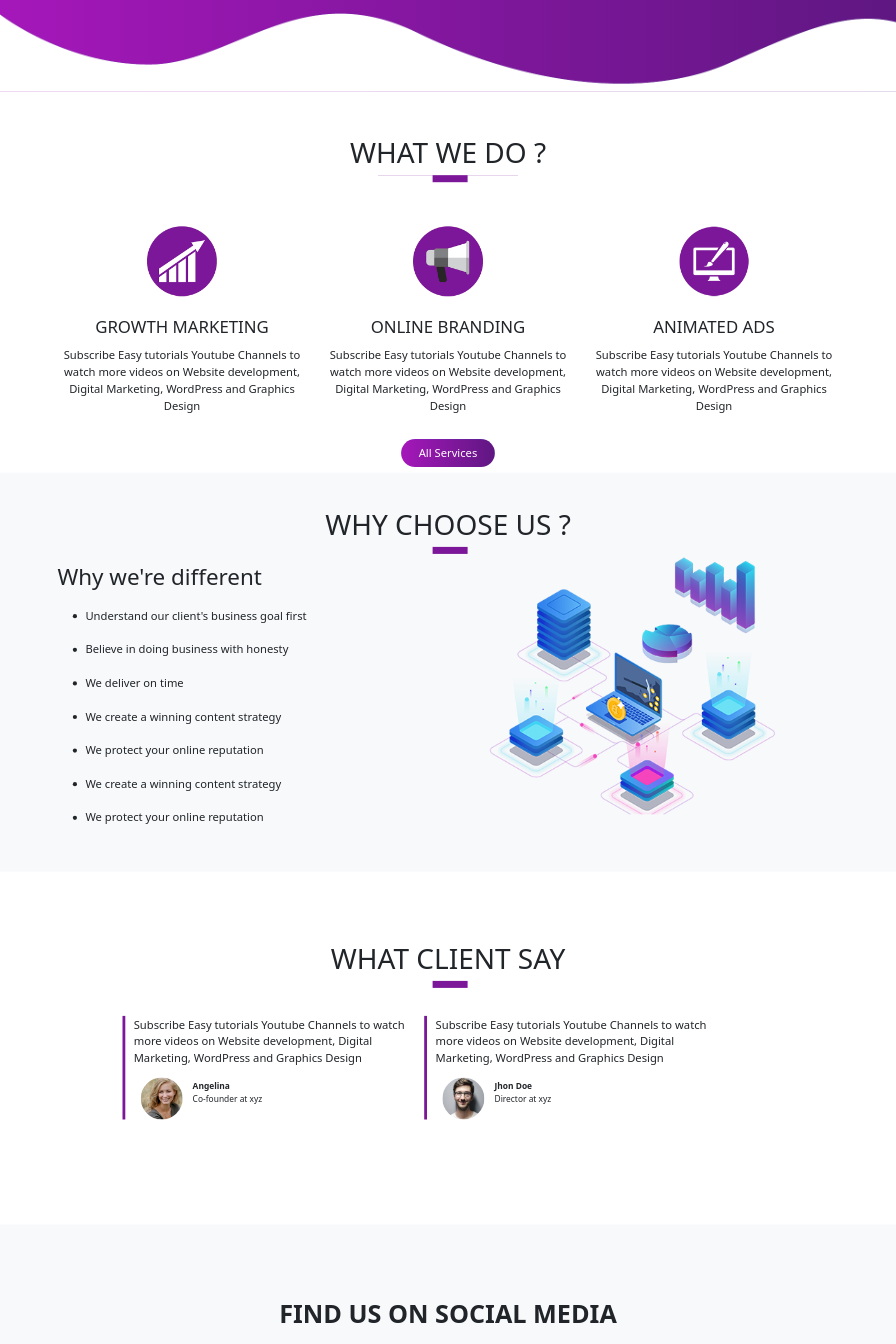
Repository: wadelfadill/Bootstrap_tache_2_website_design
Page: index.html
An editor plug-in stored every save of this project. The page is shown before and after the next save, followed by the edit.
The browser window is 1280 px wide. The pictures show the part of the page from y = 586 to 2506 px (the page is 3084 px tall before and 3067 px after), at 70% of full size.
Some web libraries are served in a nearby version.

Above is the page before, as saved 2023-04-06 16:25:20.

After the next save:
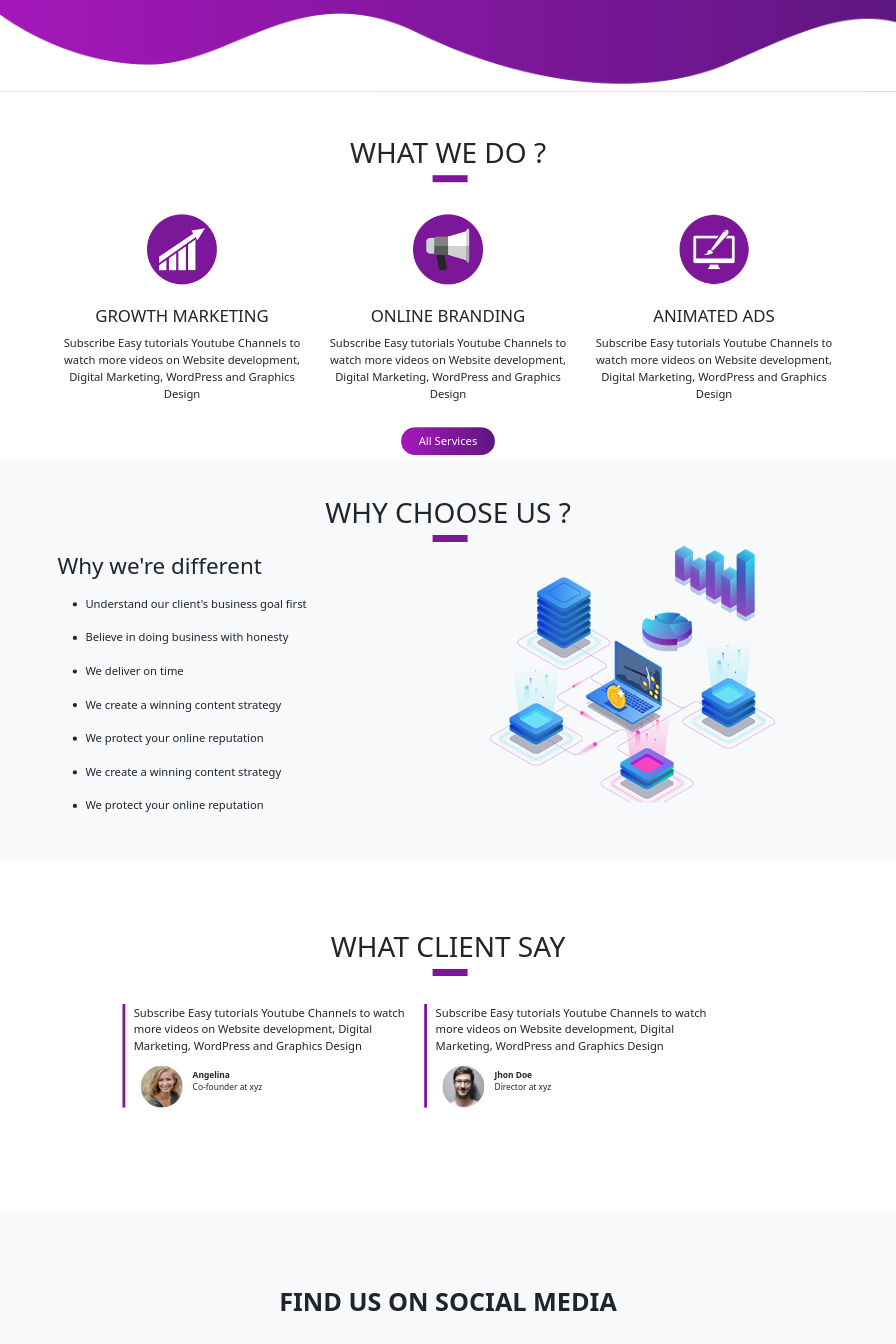
Saved 41 s later.
--- a/style.css
+++ b/style.css
@@ -46,11 +46,7 @@
 
 } */
 .title-hr{
-    background: #7b1798;
-    height: 5px;
-    width: 200px;
-    margin-left: auto;
-    margin-right: auto;
+   display: none;
 }
 .title::after{
     position: absolute;

After the save that followed:
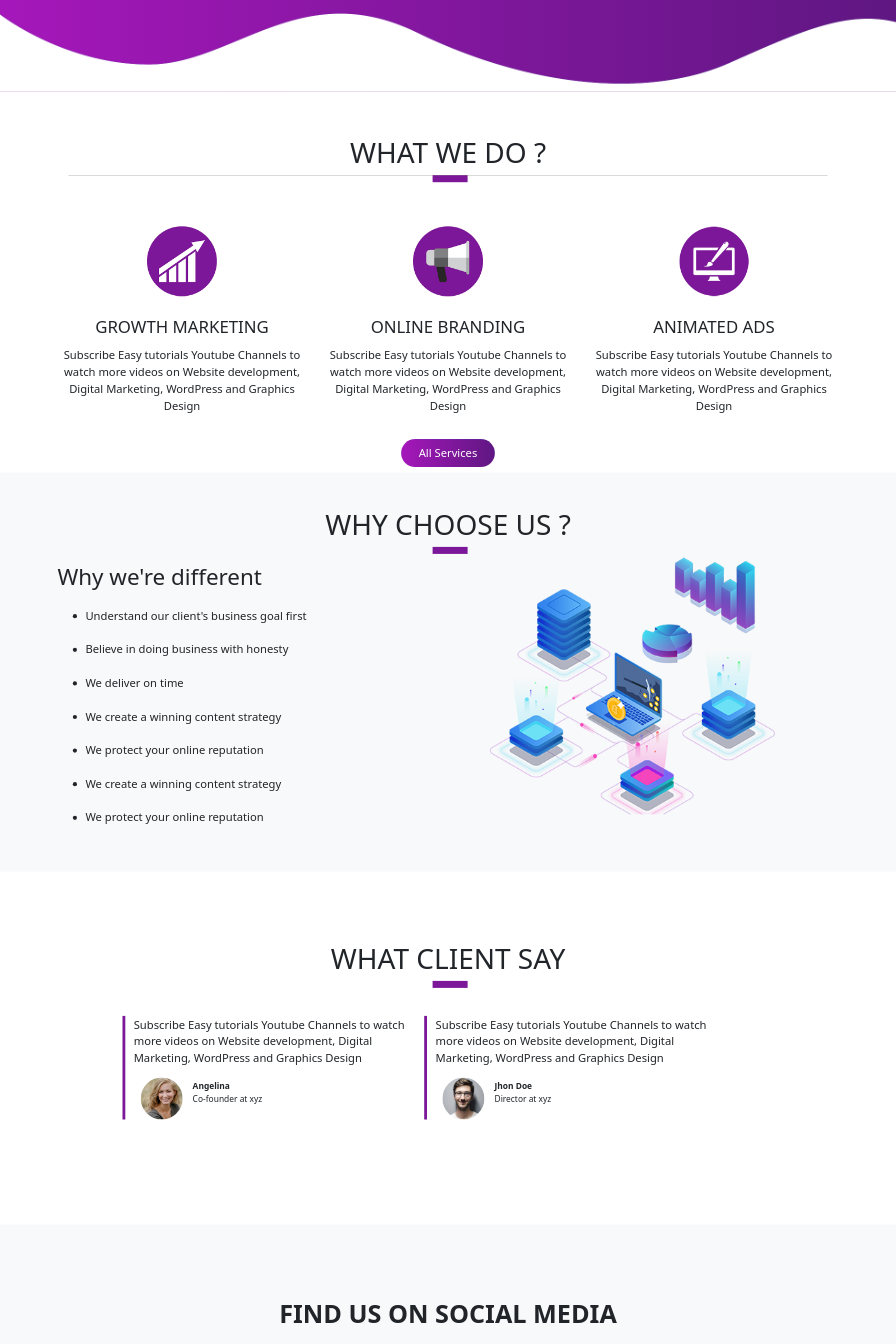
Saved 10 s later.
--- a/style.css
+++ b/style.css
@@ -46,7 +46,7 @@
 
 } */
 .title-hr{
-   display: none;
+   appearance: none;
 }
 .title::after{
     position: absolute;
